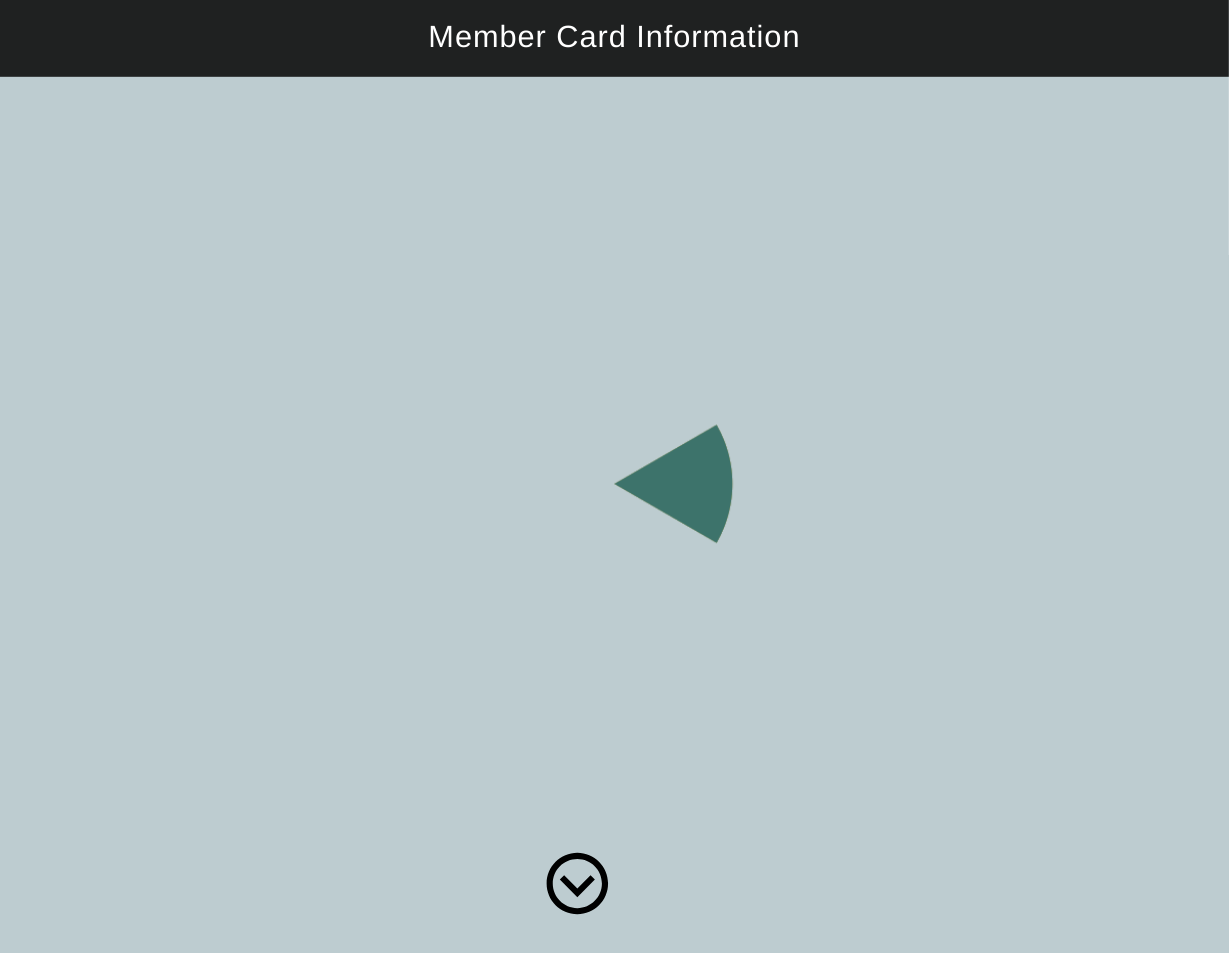
Repository: Leooook/lzhao-fed-test
Page: /
An editor plug-in stored every save of this project. The page is shown before and after the next save, followed by the edit.
The browser window is 1280 px wide. The pictures show the whole page, at 96% of full size.
The page's requests for data from a server got no answer. The project was rebuilt for these pictures with package versions that can differ from the ones it lists, and the page was loaded fresh each time. No one was signed in, and anything a server would have sent is missing. Also part of the build but not shown: src/components/detail.jsx.

Above is the page before, as saved 2021-03-15 21:19:59.

### src/index.html
<!DOCTYPE html>
<html lang="en">
	<head>
		<meta charset="utf-8" />
		<meta http-equiv="X-UA-Compatible" content="IE=edge,chrome=1" />
		<title>Member Card Info</title>
		<meta name="description" content="" />
		<meta name="viewport" content="width=device-width, initial-scale=1.0, maximum-scale=1.0, user-scalable=no" />
	</head>
	<body>
		<div id="root" class="react-root"></div>
	</body>
</html>

### src/App.js
import React, {useState} from 'react';
import {BiChevronDownCircle} from 'react-icons/bi'

import './App.css'
import Header from './components/header.jsx'
import Feature from './components/feature.jsx'

export default function App() {
  const [featureAmount, setFeatureAmount] = useState([1])

  const setFeature = () => {
    setFeatureAmount(featureAmount => {return [...featureAmount, 1]})
  }

	return (
    <div className='app'>
      <Header />
      {
        featureAmount.map((key) => <Feature key = {key}/>)
      }
      <BiChevronDownCircle className='add-feature' onClick={() => setFeature()}/>
    </div>
  )
}

### src/App.css
* {
	margin: 0;
	padding: 0;
	box-sizing: border-box;
}
:root {
	--nav-black: rgba(14, 14, 14, 0.897);
	--white: #ffffff;
	--light-blue: rgb(189, 204, 208);
	--grey: rgb(145, 145, 145);
	--light-grey: rgb(209, 209, 209);
}
/* app */
.app {
	max-width: 100vw;
	min-height: 100vh;
	background-color: var(--light-blue);
}
.add-feature {
	color: var(rgba(14, 14, 14, 0.897));
	text-align: center;
	width: 6vw;
	height: 6vw;
	margin: 30px 44vw;
}
/* end of app */
/* header */
.header {
	background-color: var(--nav-black);
	height: 80px;
	padding: 20px;
	margin-bottom: 80px;
	font-size: 2rem;
	font-family: 'Franklin Gothic Medium', 'Arial Narrow', Arial, sans-serif;
	text-align: center;
	color: var(--white);
	letter-spacing: 1px;
}
@media screen and (max-width: 500px) {
	.header {
		margin-bottom: 30px;
		padding: 30px;
		font-size: 1.4rem;
	}
}
/* end of header */
/* loader */
.load {
	width: 100%;
}
.loadPic {
	width: 20%;
	margin: 30vh 40%;
}
/* end of loader */
/* feature */
.feature {
	margin-top: -65px;
	padding: 60px 8%;
	display: grid;
	grid-template-columns: repeat(auto-fill, minmax(450px, 1fr));
	grid-row-gap: 50px;
	grid-column-gap: 80px;
}
@media screen and (max-width: 500px) {
	.feature {
		padding: 30px 20px;
		display: initial;
	}
}
/* end of feature */
/* detail */
.detail {
	margin: auto;
	padding: 10px 20px;
	width: 450px;
	height: 240px;
	background: hsla(0, 0%, 100%, .3);
	border-radius: 6px;
	box-shadow: 0 6px 20px 6px rgba(0, 0, 0, 0.207);
	display: flex;
	align-items: center;
	cursor: pointer;
	transition: all linear 0.2s;
}
.detail:hover {
	transform: scale(1.05);
	box-shadow: 0 10px 30px 10px rgba(0, 0, 0, 0.207);
}
.left-section {
	width: calc(40% - 20px);
	margin-right: 10%;
}
.right-section {
	width: clac(50% - 20px);
}
.detail-pic {
	margin: 0 auto;
	height: 140px;
	width: 140px;
	border-radius: 50%;
	box-shadow: 0 0 10px 8px var(--light-grey);
}
.detail-info {
	margin-bottom: 10px;
}
.detail-name {
	font-family: 'Playfair Display', serif;
	font-weight: bold;
	font-size: 1.3rem;
}
.detail-name2 {
	font-weight: 100;
	font-size: 0.9rem;
	color: rgb(82, 82, 82);
	font-style: oblique;
}
.detail-sex-date {
	display: flex;
}
.detail-date {
	margin-right: 13px;
}
.detail-font {
	font-family: 'Source Sans Pro', sans-serif;
	font-size: 0.8rem;
}
@media screen and (max-width: 500px) {
	.detail {
		margin-bottom: 30px;
		width: 90vw;
		height: 50vw;
	}
	.detail-pic {
		height: 100px;
		width: 100px;
	}
	.detail-info {
		margin-bottom: 6px;
	}
	.detail-name {
		font-size: 1rem;
	}
	.detail-name2 {
		font-size: 0.8rem;
	}
	.detail-date {
		margin-right: 8px;
	}
	.detail-font {
		font-size: 0.75rem;
	}
}
/* end of detail */

### src/components/header.jsx
import React, { Component } from 'react'

class Header extends Component {
	render() {
		return <section className="header">Member Card Information</section>
	}
}

export default Header

### src/components/feature.jsx
import React, { Component } from 'react'

import Loader from './loader.jsx'
import Detail from './detail.jsx'

class Feature extends Component {
	state = {
		dataSet: [],
		dataAmount: 6
	}

	fetchData = () => {
		fetch('https://randomuser.me/api/', {
			method: 'GET'
		})
			.then((response) => response.json())
			.then((data) => {
				let dataSet = this.state.dataSet
				dataSet.push(data.results[0])
				this.setState({ dataSet })
			})
			.catch((error) => {
				console.error('Error:', error)
			})
	}

	componentDidMount() {
		for (let i = 0; i < this.state.dataAmount; i++) {
			this.fetchData()
		}
	}

	render() {
		if (this.state.dataSet.length === 0 || this.state.dataSet.length % 6 !== 0) {
			return <Loader />
		} else {
			return (
				<section className="feature">
					{this.state.dataSet.map((each, key) => <Detail key={key} data={each} />)}
				</section>
			)
		}
	}
}

export default Feature

### src/components/loader.jsx
import React from 'react'

import loadPic from '../images/load.gif'

function Loader() {
	return (
		<section className="load">
			<img src={loadPic} className="loadPic" alt="load" />
		</section>
	)
}

export default Loader

Loaded but not shown: src/index.js (common file)

After the next save:
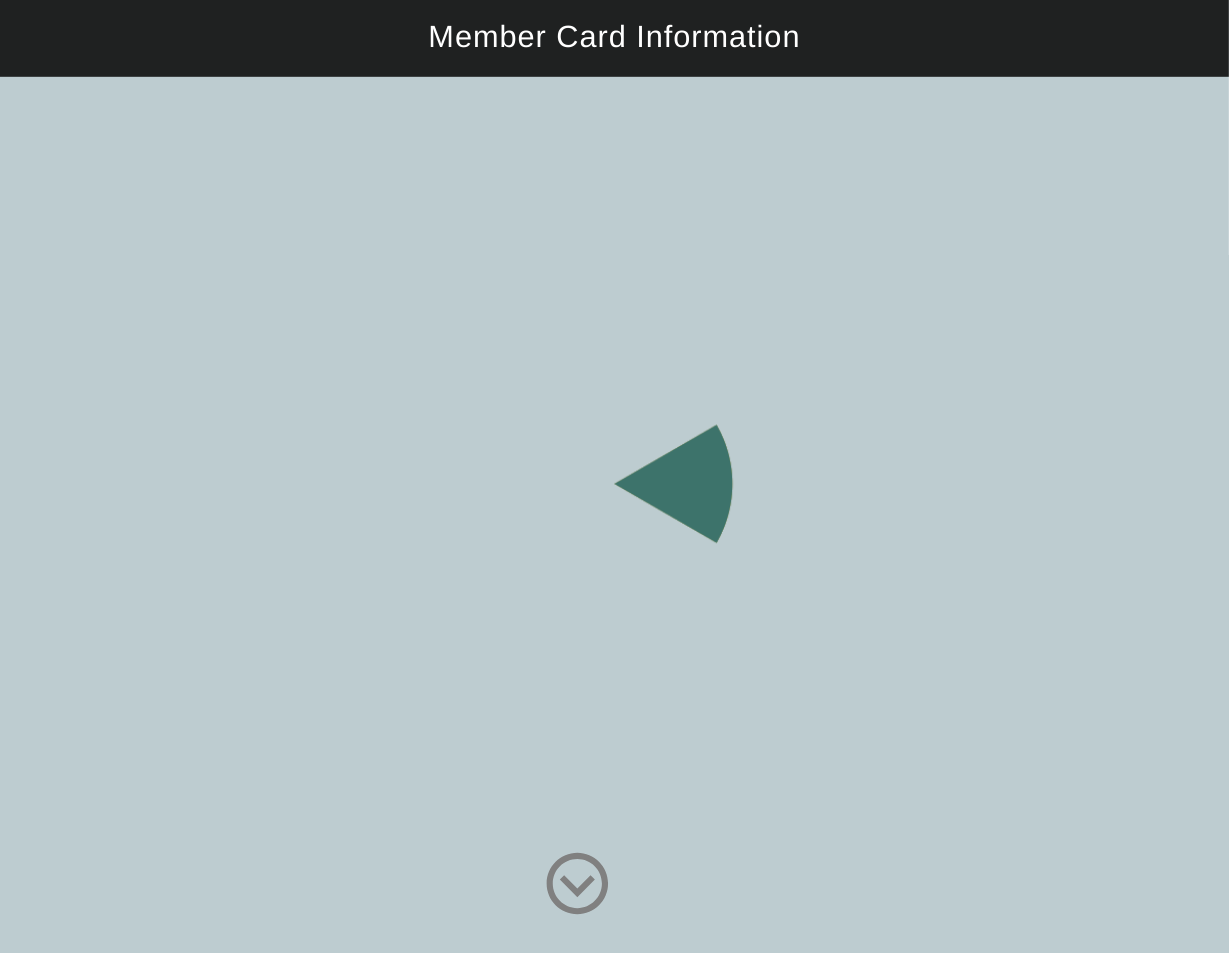
Saved 22 s later.
--- a/src/App.css
+++ b/src/App.css
@@ -17,7 +17,7 @@
 	background-color: var(--light-blue);
 }
 .add-feature {
-	color: var(rgba(14, 14, 14, 0.897));
+	color: gray;
 	text-align: center;
 	width: 6vw;
 	height: 6vw;
